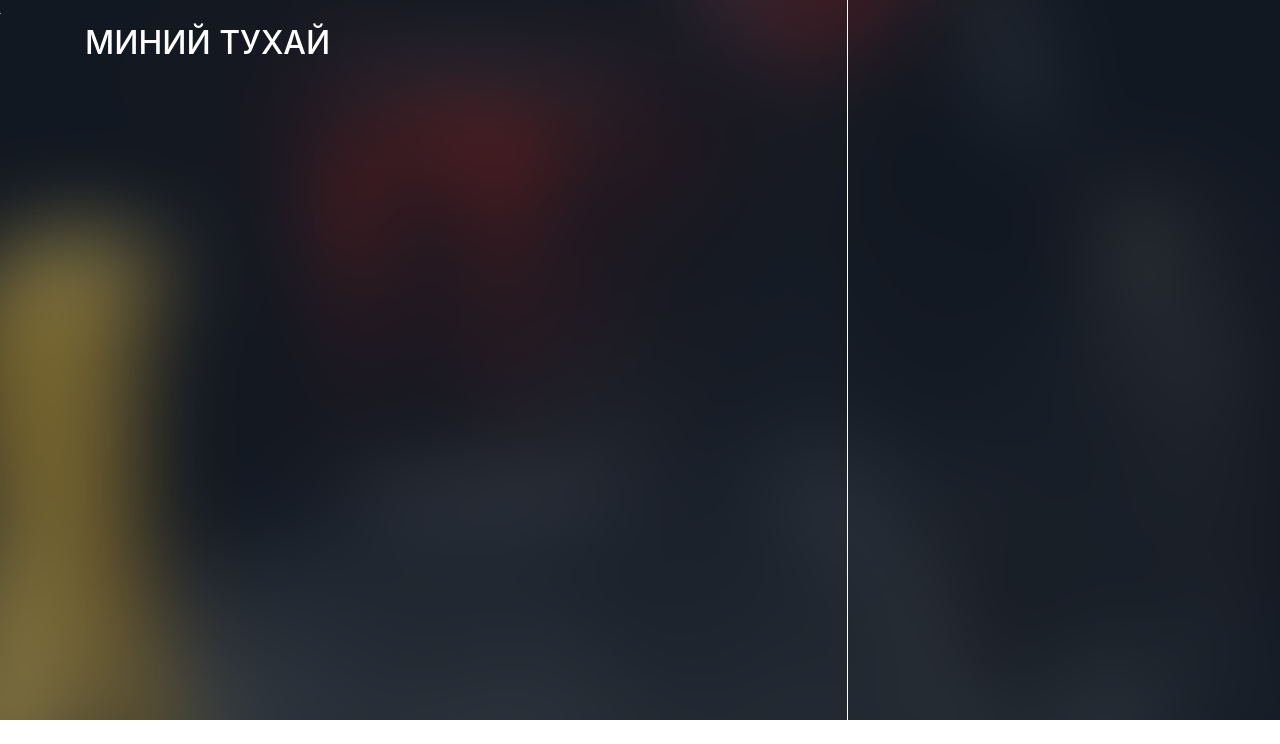
Repository: Yondo202/svProject
Page: /
An editor plug-in stored every save of this project. The page is shown before and after the next save, followed by the edit.
The browser window is 1280 px wide. The pictures show the whole page.
The project was rebuilt for these pictures with package versions that can differ from the ones it lists, and the page was loaded fresh each time. The framework's server and built-in components were replaced by stand-ins that run in the browser. Also part of the build but not shown: next.config.js, style/style.scss.

Above is the page before, as saved 2020-11-18 21:26:51.

After the next save:
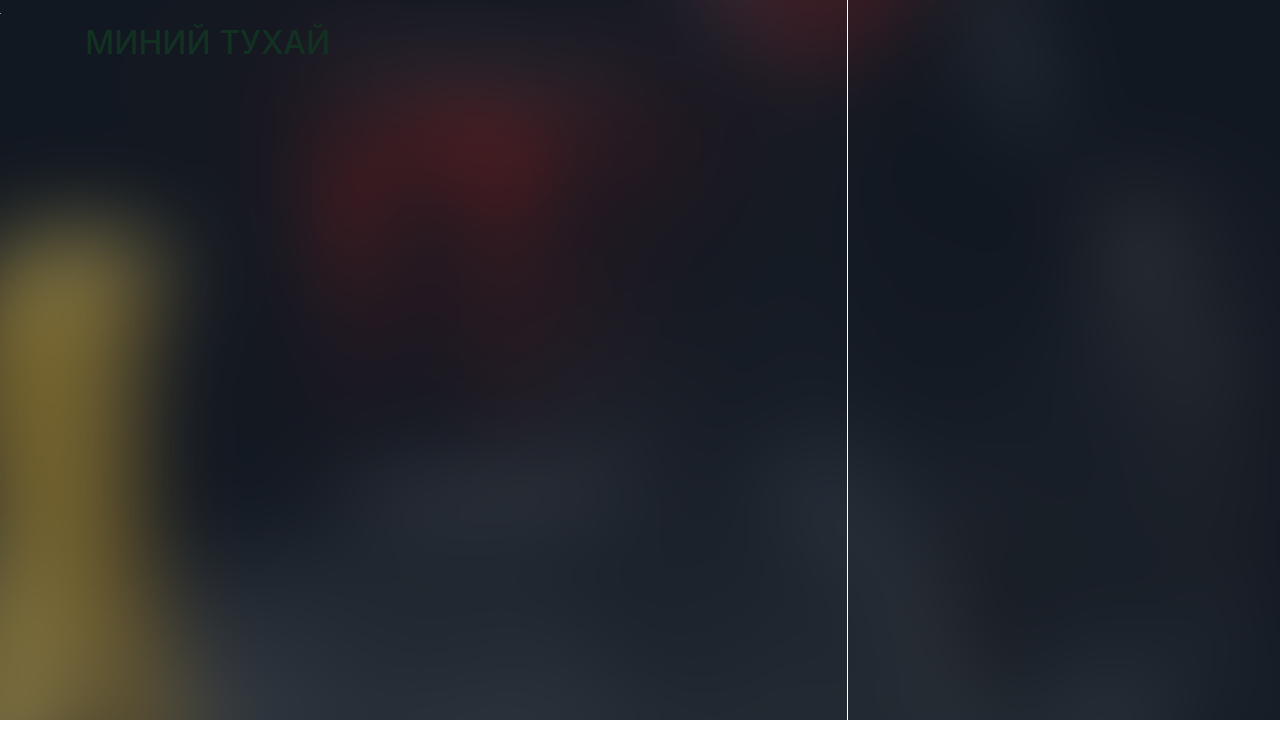
Saved 27 s later.
--- a/components/Forms.js
+++ b/components/Forms.js
@@ -71,7 +71,7 @@
 
 
 const Conainer = styled.div`
-    color: white;
+    color: ${({ theme }) => theme.colorTwo};
     height:100vh;
     // margin-top:5vh;
     border-radius:8px;

After the 2 saves that followed:
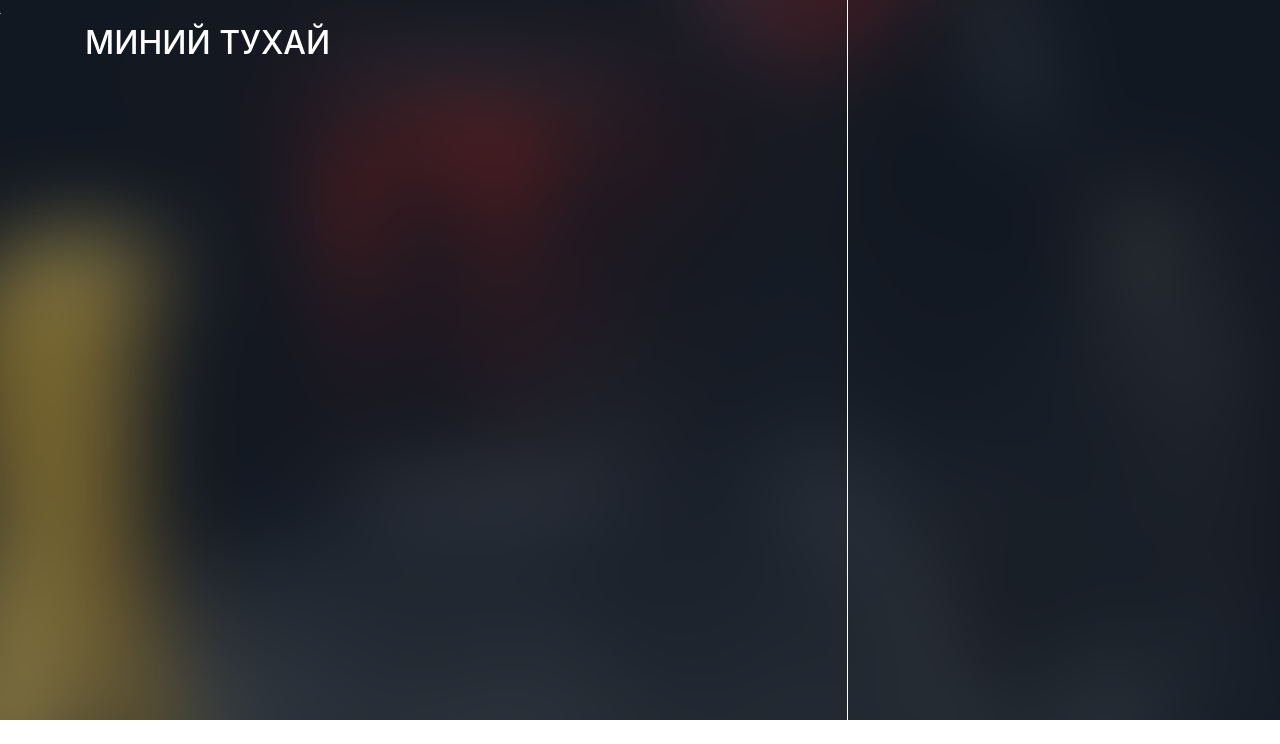
The 2 saves are shown as one change because 1 left the picture as it was.
The last was saved 12 s later.
--- a/components/Forms.js
+++ b/components/Forms.js
@@ -71,11 +71,11 @@
 
 
 const Conainer = styled.div`
-    color: ${({ theme }) => theme.colorTwo};
+    color: white;
     height:100vh;
     // margin-top:5vh;
     border-radius:8px;
     z-index:0;
-    // font-family: ${({ theme }) => theme.fontFamily1};
+    font-family: ${({ theme }) => theme.fontFamily1};
 
 `
